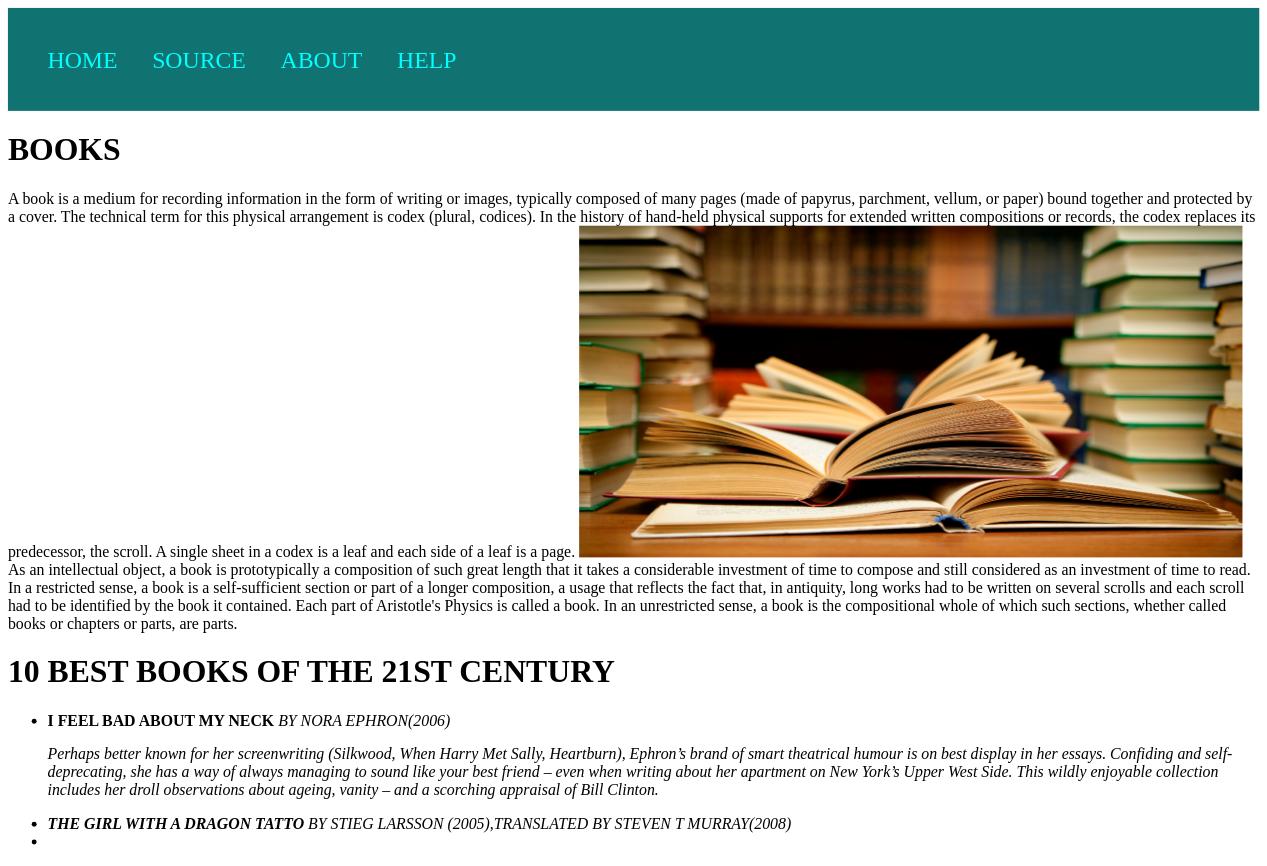
Repository: Hanan-arts/websites
Page: 01 web design/website.html
The author's editor kept a copy of each file at every save. The page is drawn from the files as they stood at one save, then again after a run of saves.
The browser window is 1280 px wide. The pictures show the whole page, at 99% of full size.

Above is the page before, as saved 2021-02-13 21:34:01.

After the next 2 saves:
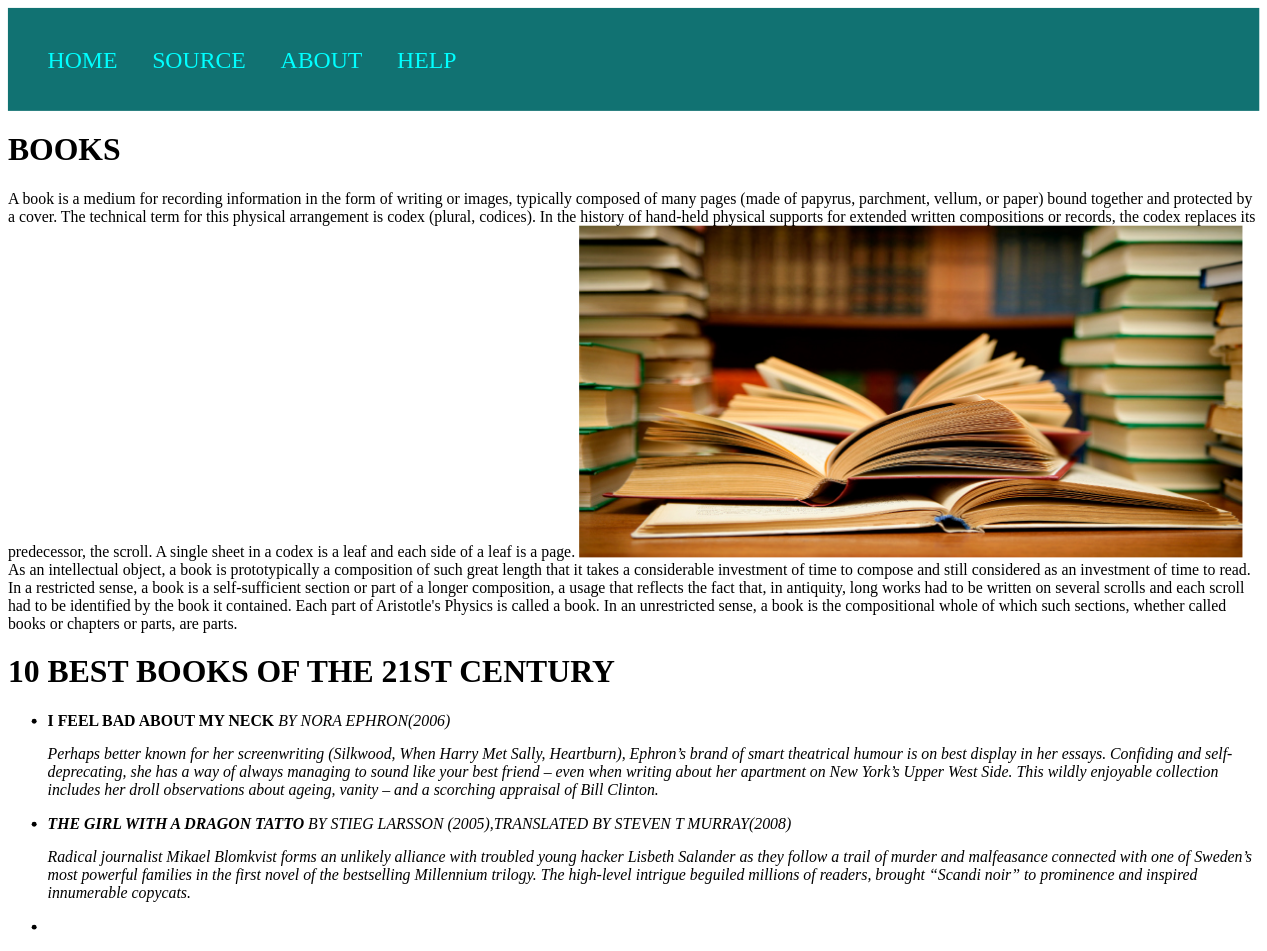
The 2 saves are shown as one change because they came seconds apart.
The last was saved 35 s later.
--- a/01 web design/website.html
+++ b/01 web design/website.html
@@ -59,7 +59,7 @@ are parts.
             her droll observations about ageing, vanity –
                     and a scorching appraisal of Bill Clinton.</p>
 
-                    <li><b>THE GIRL WITH A DRAGON TATTO   </b><I>BY STIEG LARSSON (2005),TRANSLATED BY STEVEN T MURRAY(2008)</I>
+                    <li><b>THE GIRL WITH A DRAGON TATTO   </b><I>BY STIEG LARSSON (2005),TRANSLATED BY STEVEN T MURRAY(2008)</I><p>Radical journalist Mikael Blomkvist forms an unlikely alliance with troubled young hacker Lisbeth Salander as they follow a trail of murder and malfeasance connected with one of Sweden’s most powerful families in the first novel of the bestselling Millennium trilogy. The high-level intrigue beguiled millions of readers, brought “Scandi noir” to prominence and inspired innumerable copycats.</p>
 
 
             </i></li>
